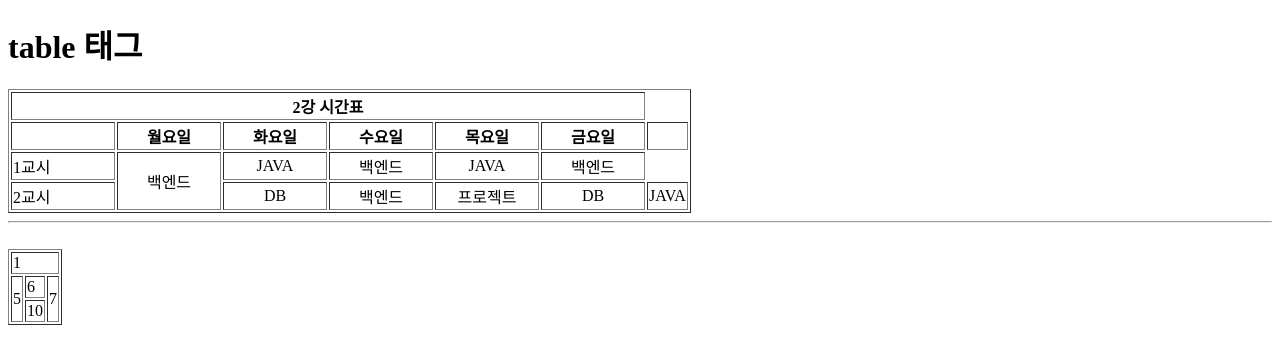
Repository: KimMinseooo/itwillStudy
Page: BACKEND/JSP/workspace_jsp/StudyHTML/src/main/webapp/1022/test3.html
These files come from the project's save history. The page is drawn as it stood at one moment and after the next save; the edit follows.
The browser window is 1280 px wide. The pictures show the whole page.

Above is the page before, as saved 2024-10-25 05:00:24.

### BACKEND/JSP/workspace_jsp/StudyHTML/src/main/webapp/1022/test3.html
<!DOCTYPE html>
<html>
<head>
<meta charset="UTF-8">
<title>Insert title here</title>
</head>
<body>

	<h1>table 태그</h1>
	<table border="1">
		<tr>
			<th colspan="6">2강 시간표</th> <!-- th태그(주로 제목열)는 진하게 표시 , 중앙정렬이 기본값  -->
		</tr>
		<tr>  <!-- 1행 -->
			<th width="100"></th>
			<th width="100">월요일</th>
			<th width="100">화요일</th>
			<th width="100">수요일</th>
			<th width="100">목요일</th>
			<th width="100">금요일</th>
			<th></th>
		</tr>
		<tr>
			<td>1교시</td>
			<td align="center" rowspan="2">백엔드</td>
			<td align="center">JAVA</td>
			<td align="center">백엔드</td>
			<td align="center">JAVA</td>
			<td align="center">백엔드</td>
		</tr>
		<tr>
			<td >2교시</td>
			<td align="center">DB</td>
			<td align="center">백엔드</td>
			<td align="center">프로젝트</td>
			<td align="center">DB</td>
			<td align="center">JAVA</td>
		</tr>

	</table>
	<hr>
	<br>
	<table border="1">
		<tr>
			<td colspan="4">1</td>
<!-- 			<td>2</td>          한줄씩 주석 방법 : ctrl + shift + c       -->
<!-- 			<td>3</td> -->
<!-- 			<td>4</td> -->
		</tr>
		<tr>
			<td rowspan="2">5</td>
			<td>6</td>
			<td rowspan="2" colspan="2">7</td>
<!-- 			<td>8</td> -->
		</tr>
		<tr>
<!-- 		<td>9</td>     5에 의해서 9가 있던 1열이 병합되었으므로 9는 옆으로 밀려남     -->
			<td>10</td>
<!-- 			<td>11</td> -->
<!-- 			<td>12</td> -->
		</tr>



	</table>










</body>
</html>

After the next save:
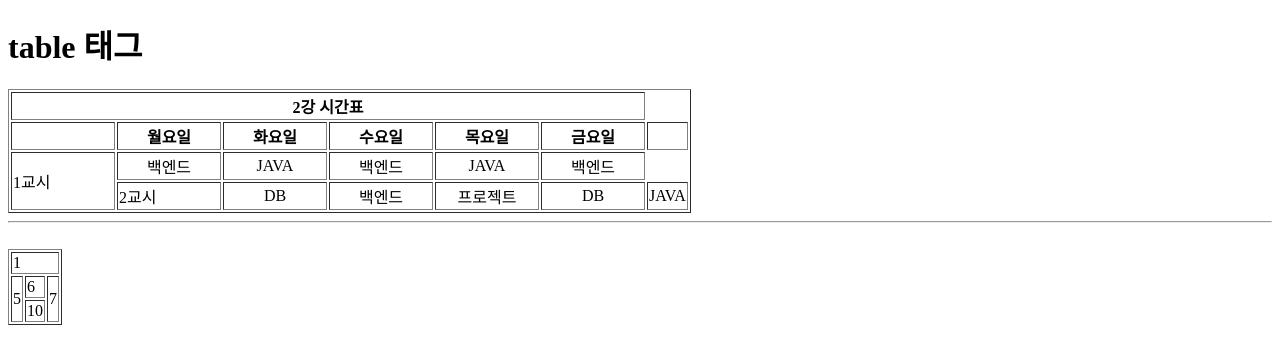
Saved 22 s later.
--- a/BACKEND/JSP/workspace_jsp/StudyHTML/src/main/webapp/1022/test3.html
+++ b/BACKEND/JSP/workspace_jsp/StudyHTML/src/main/webapp/1022/test3.html
@@ -21,8 +21,8 @@
 			<th></th>
 		</tr>
 		<tr>
-			<td>1교시</td>
-			<td align="center" rowspan="2">백엔드</td>
+			<td rowspan="3">1교시</td>
+			<td align="center" >백엔드</td>
 			<td align="center">JAVA</td>
 			<td align="center">백엔드</td>
 			<td align="center">JAVA</td>
